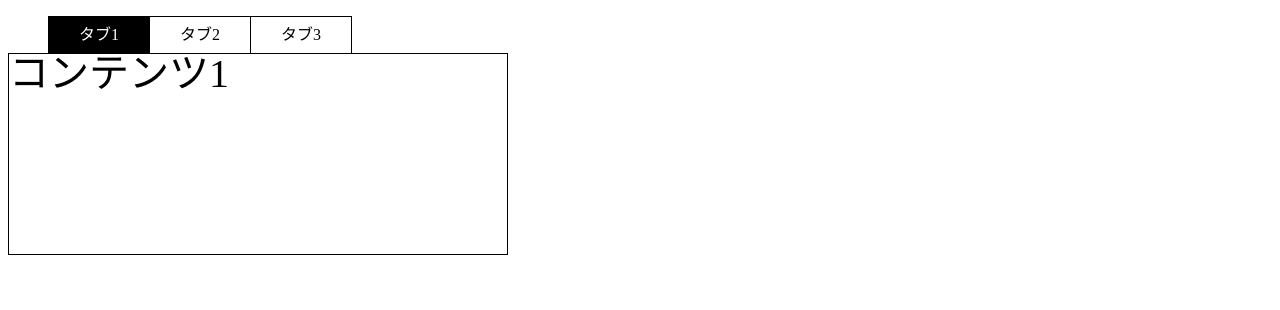
Repository: masanarimiura/20220512-
Page: index.html
These files come from the project's save history. The page is drawn as it stood at one moment and after a run of saves; the edit follows.
The browser window is 1280 px wide. The pictures show the whole page.

Above is the page before, as saved 2022-05-12 17:45:41.

After the next 2 saves:
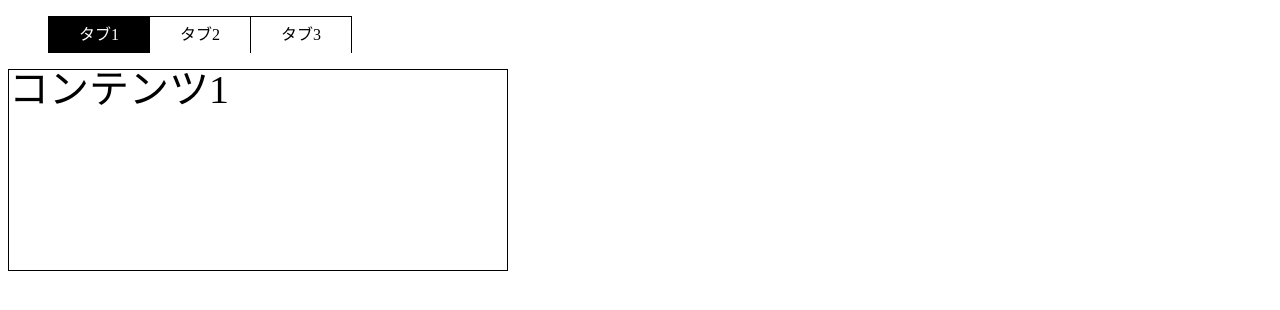
The 2 saves are shown as one change because they came seconds apart.
The last was saved 4 min 38 s later.
--- a/css/style.css
+++ b/css/style.css
@@ -3,7 +3,6 @@
 }
 .tab-menu {
   display: flex;
-  margin-bottom: 0;
 }
 .tab-menu__item {
   text-align: center;
